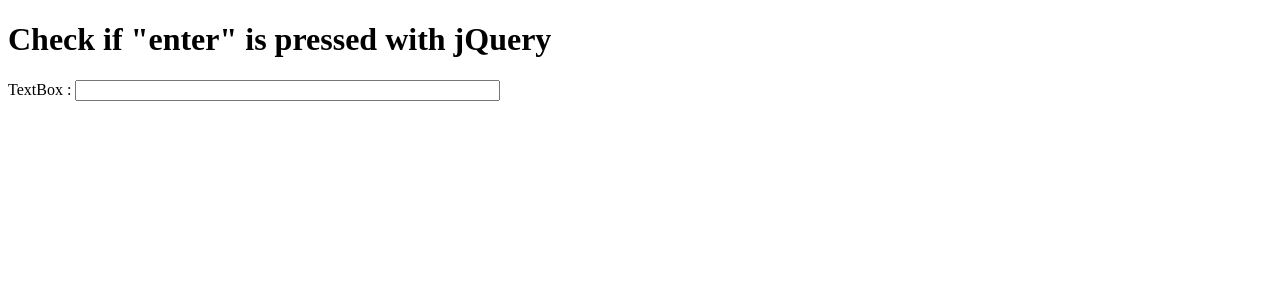
Repository: sudheerj/jQuery
Page: jQueryExamples/chapter08/CopyCutPaste.html
These files come from the project's save history. The page is drawn as it stood at one moment and after a run of saves; the edit follows.
The browser window is 1280 px wide. The pictures show the whole page.

Above is the page before, as saved 2016-10-22 16:43:58.

After the next 2 saves:
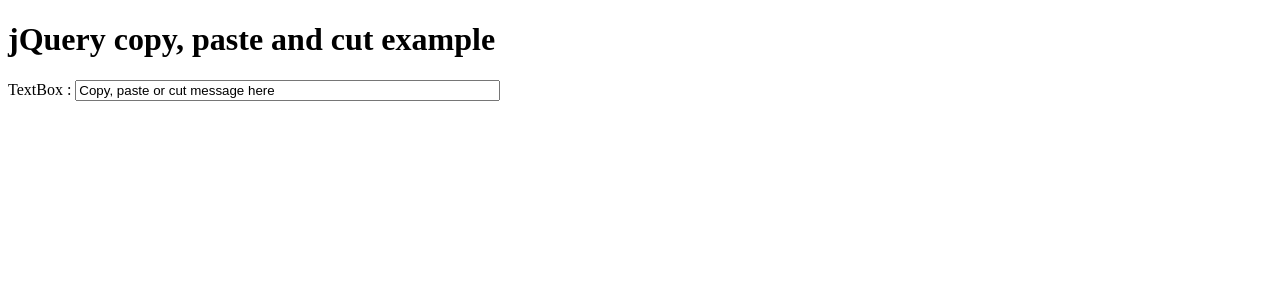
The 2 saves are shown as one change because they came seconds apart.
The last was saved 106 s later.
--- a/jQueryExamples/chapter08/CopyCutPaste.html
+++ b/jQueryExamples/chapter08/CopyCutPaste.html
@@ -3,32 +3,39 @@
 	<head>
 		<title>jQuery EnterKey example</title>
 		<script type="text/javascript" src="..\jquery\jquery-3.1.1.min.js"></script>
+		<style type="text/css">
+			span {
+				color: blue;
+			}
+		</style>
+
 	</head>
 	<body>
-		<h1>Check if "enter" is pressed with jQuery</h1>
+		<h1>jQuery copy, paste and cut example</h1>
+		<form action="#">
+			<label>TextBox : </label>
+			<input id="textA" type="text" size="50"
+			value="Copy, paste or cut message here" />
+		</form>
 
-		<label>TextBox : </label>
-		<input id="textbox" type="text" size="50" />
+		<span></span>
 
 		<script type="text/javascript">
-			$('#textbox').keypress(function(event) {
+			$(document).ready(function() {
 
-				var keycode = (event.keyCode ? event.keyCode : event.which);
-				if (keycode == '13') {
-					alert('You pressed a "enter" key in textbox');
-				}
-				event.stopPropagation();
-			});
-
-			$(document).keypress(function(event) {
-
-				var keycode = (event.keyCode ? event.keyCode : event.which);
-				if (keycode == '13') {
-					alert('You pressed a "enter" key in somewhere');
-				}
+				$("#textA").bind({
+					copy : function() {
+						$('span').text('copy behaviour detected!');
+					},
+					paste : function() {
+						$('span').text('paste behaviour detected!');
+					},
+					cut : function() {
+						$('span').text('cut behaviour detected!');
+					}
+				});
 
 			});
-
 		</script>
 	</body>
 </html>
